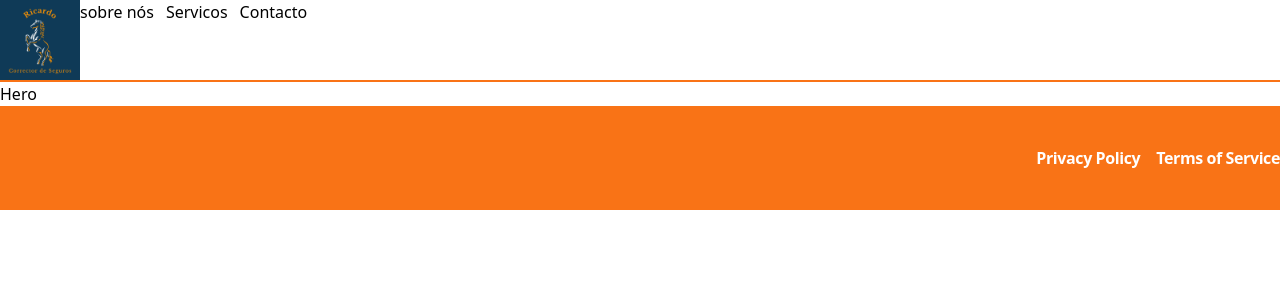
Repository: Arturgouveia1970/ricardo-seguros
Page: /
The author's editor kept a copy of each file at every save. The page is drawn from the files as they stood at one save, then again after a run of saves.
The browser window is 1280 px wide. The pictures show the whole page.
The project was rebuilt for these pictures with package versions that can differ from the ones it lists, and the page was loaded fresh each time. Also part of the build but not shown: vite.config.js.

Above is the page before, as saved 2024-04-03 15:59:07.

### src/App.jsx
import Footer from './components/Footer';
import Header from './components/Header';
import Hero from './components/Hero';

function App() {
  return (
    <div>
      <Header />
      <Hero />
      <Footer />
    </div>
  )
}

export default App

### src/components/Footer.jsx
const Footer = () => {
  return (
    <div className="bg-orange-500 py-10">
      <div className="container mx-auto flex flex-col md:flex-row justify-between items-center">
        <span className="text-3xl text-white font-bold tracking-tight">

        </span>
        <span className="text-white font-bold tracking-tight flex gap-4">
          <span>Privacy Policy</span>
          <span>Terms of Service</span>
        </span>
      </div>
    </div>
  );
};

export default Footer;

### src/components/Header.jsx
//import { Link } from 'react-router-dom';
// import { logo } from './assets/ricardo2.png'

function Header() {
  return (
    <div className="border-b-2 border-b-orange-500 bg-blue flex">
      <div className="h-20 w-20">
        <img src={"/src/assets/ricardo2.png"} alt="logo"  />
      </div>
      <ul className="flex justify-center align-center gap-3">
        <li>sobre nós</li>
        <li>Servicos</li>
        <li>Contacto</li>
      </ul>

    </div>

  )
}

export default Header

### src/components/Hero.jsx
function Hero() {
  return (
    <div>
      Hero
    </div>
  )
}

export default Hero

Loaded but not shown: index.html (common file); src/main.jsx (common file); src/index.css (common file); tailwind.config.js (common file)

After the next 3 saves:
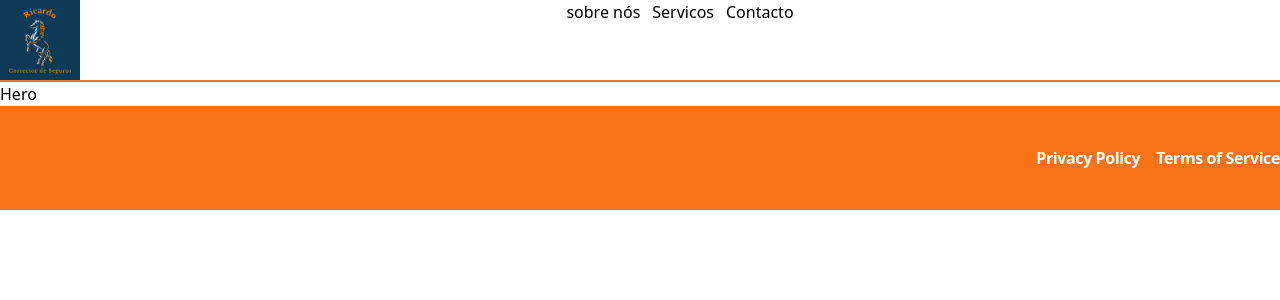
The 3 saves are shown as one change because they came seconds apart.
The last was saved 27 s later.
--- a/src/components/Header.jsx
+++ b/src/components/Header.jsx
@@ -7,7 +7,7 @@
       <div className="h-20 w-20">
         <img src={"/src/assets/ricardo2.png"} alt="logo"  />
       </div>
-      <ul className="flex justify-center align-center gap-3">
+      <ul className="flex justify-center align-center gap-3 mx-auto">
         <li>sobre nós</li>
         <li>Servicos</li>
         <li>Contacto</li>
